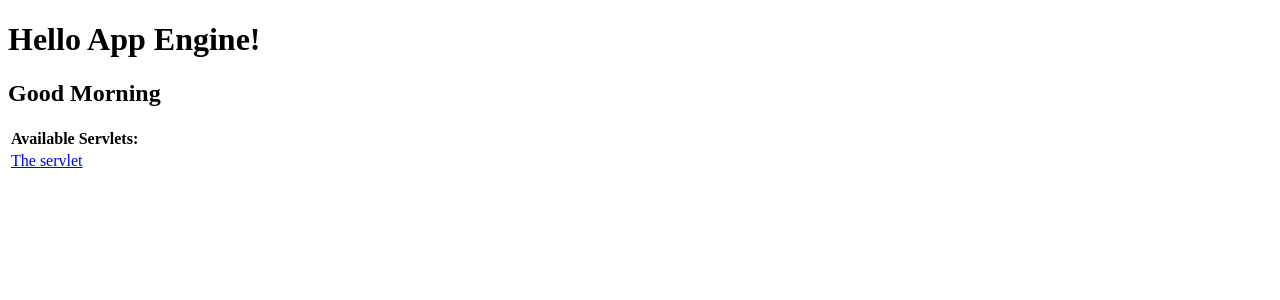
Repository: kedards25/AppEngineDemos
Page: HelloAppEngine/src/main/webapp/index.html
The author's editor kept a copy of each file at every save. The page is drawn from the files as they stood at one save, then again after the next save.
The browser window is 1280 px wide. The pictures show the whole page.

Above is the page before, as saved 2020-11-20 03:15:22.

After the next save:
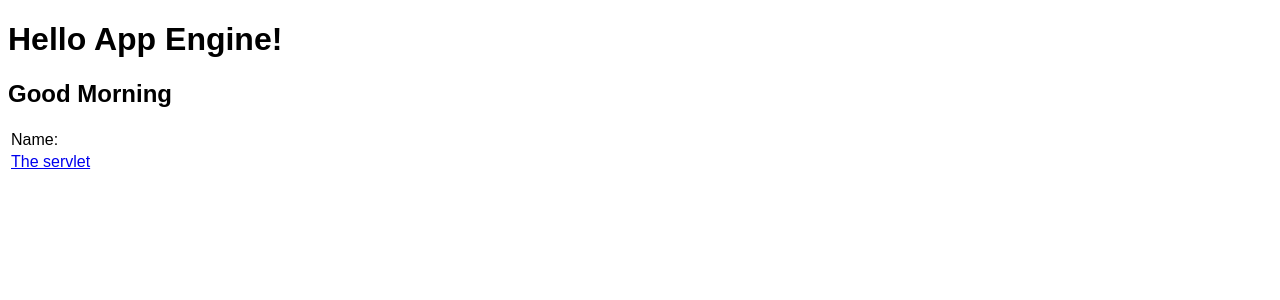
Saved 113 s later.
--- a/HelloAppEngine/src/main/webapp/index.html
+++ b/HelloAppEngine/src/main/webapp/index.html
@@ -5,12 +5,12 @@
     <title>Hello App Engine</title>
   </head>
 
-  <body>
+  <body style="font-family: sans-serif;">
     <h1>Hello App Engine!</h1>
 	<h2>Good Morning</h2>
     <table>
       <tr>
-        <td colspan="2" style="font-weight:bold;">Available Servlets:</td>
+        <td>Name:</td>
       </tr>
       <tr>
         <td><a href='/hello'>The servlet</a></td>
